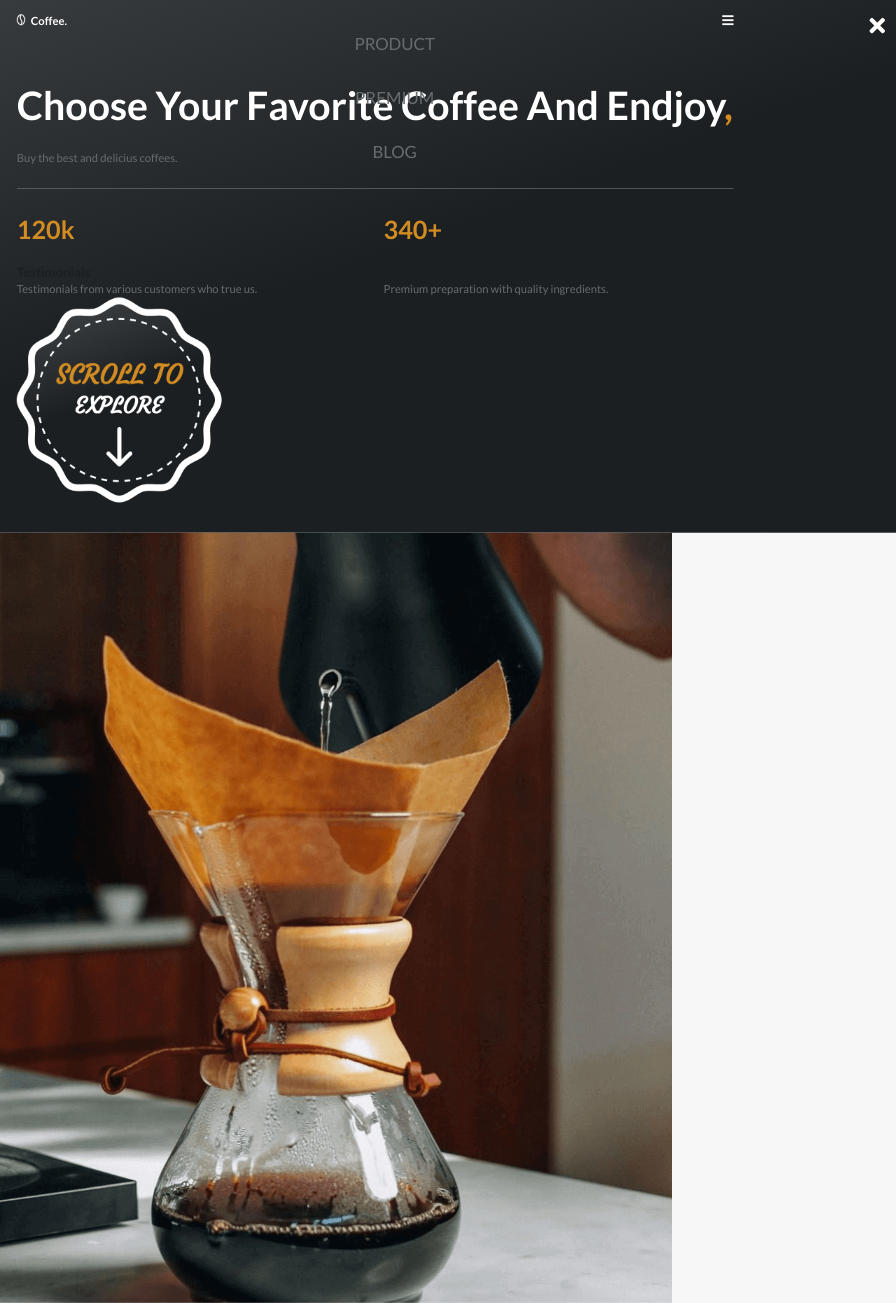
Repository: Nguyenductuan-dev/Website-coffee
Page: index.html
An editor plug-in stored every save of this project. The page is shown before and after the next save, followed by the edit.
The browser window is 1280 px wide. The pictures show the whole page, at 70% of full size.

Above is the page before, as saved 2022-04-03 16:54:06.

After the next save:
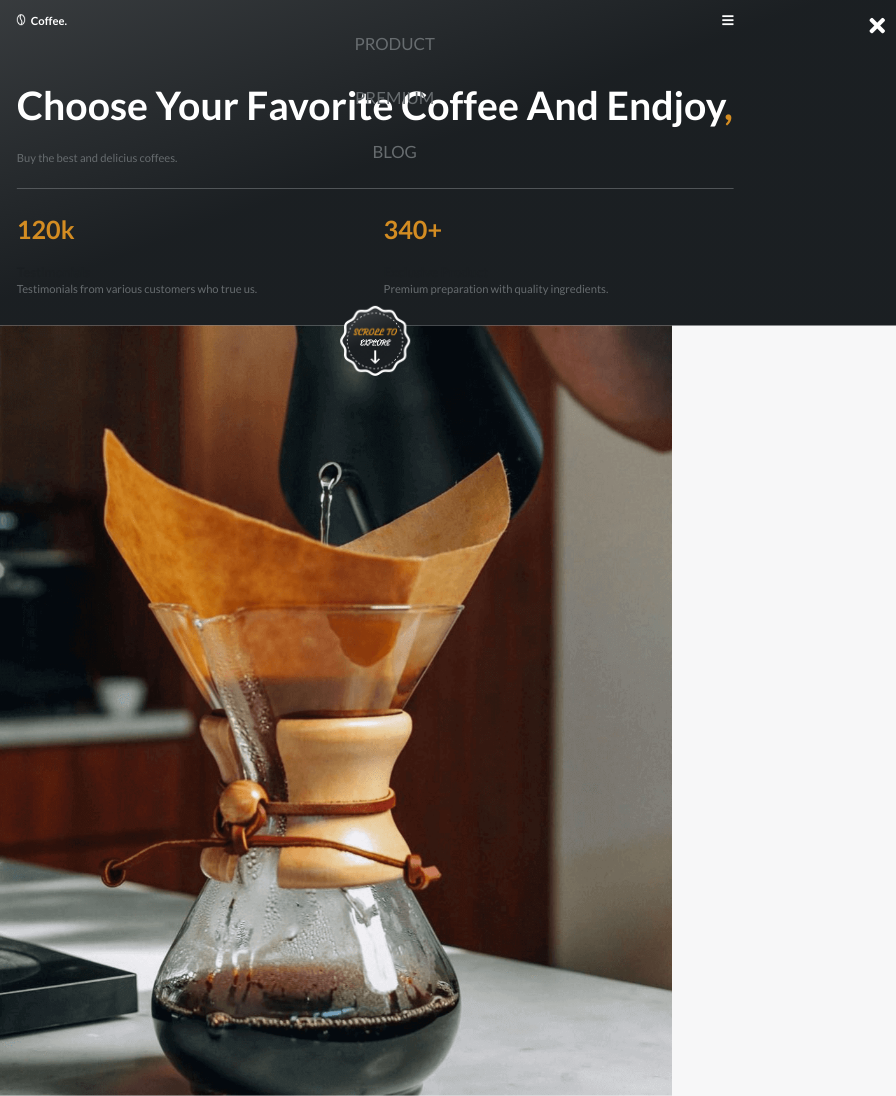
Saved 80 s later.
--- a/assets/css/style.css
+++ b/assets/css/style.css
@@ -229,3 +229,12 @@ button {
     font-size: var(--h3-font-size);
     margin-bottom: .5rem;
 }
+.home__scroll {
+    position: absolute;
+    width: 100px;
+    bottom: -7rem;
+    left: 0;
+    right: 0;
+    margin: 0 auto;
+    animation: scroll 3s infinite;
+}
